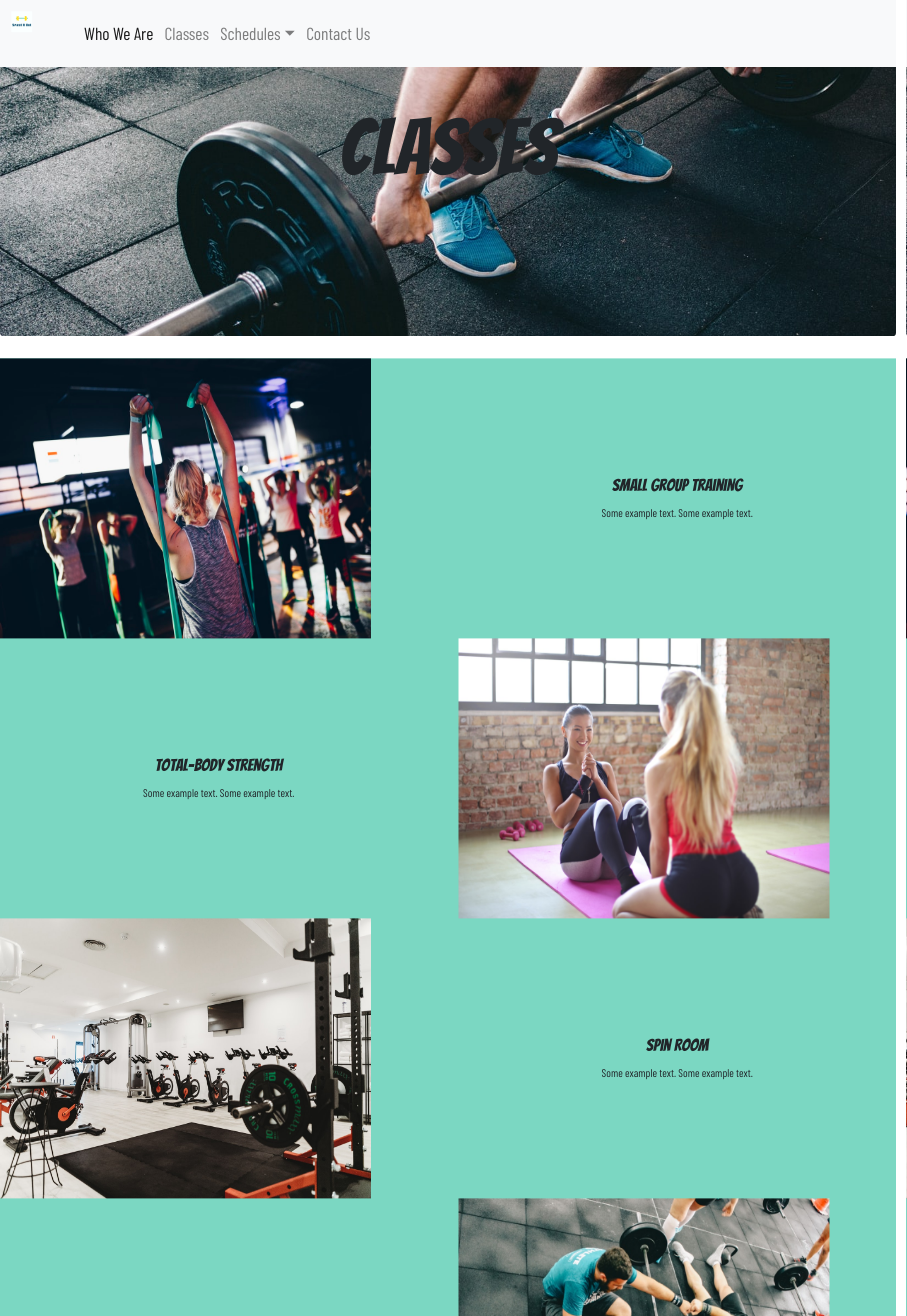
Repository: amybru/sweatitout
Page: classes.html
The author's editor kept a record of every edit. The page is drawn from the files as they stood at one moment, then again after the next edit.
The browser window is 1280 px wide. The page is 1295 px wide, so the pictures cover 1295 px, including what lies to the right of the window. The pictures show the part of the page from y = 0 to 1880 px (the page is 2788 px tall), at 70% of full size.
Some web fonts or font styles are not loaded; a fallback is used. Some web libraries are served in a nearby version.

Above is the page before.

### classes.html
<!DOCTYPE html>
<html>

<head>
    <meta charset="utf-8">
    <meta name="viewport" content="width=device-width, initial-scale=1.0">
    <link rel="stylesheet" href="https://maxcdn.bootstrapcdn.com/bootstrap/4.2.1/css/bootstrap.min.css" type="text/css" />
    <link rel="stylesheet" href="https://maxcdn.bootstrapcdn.com/font-awesome/4.7.0/css/font-awesome.min.css" type="text/css" />
    <link href="https://fonts.googleapis.com/css?family=Bangers|Barlow+Condensed:200,300,400,500,700&display=swap" rel="stylesheet">
    <link rel="stylesheet" type="text/css" href="css/style.css">
    <title>Gym</title>
</head>

<body>

    <header>
        <nav class="navbar navbar-expand-lg navbar-light bg-light fixed-top">
             <a class="navbar-brand" href="#">
    <img src="./img/logo.png" width="30" height="30" alt="">
  </a>
            <button class="navbar-toggler" type="button" data-toggle="collapse" data-target="#navbarNavDropdown" aria-controls="navbarNavDropdown" aria-expanded="false" aria-label="Toggle navigation">
    <span class="navbar-toggler-icon"></span>
  </button>
            <div class="collapse navbar-collapse" id="navbarNavDropdown">
                <ul class="navbar-nav">
                    <li class="nav-item active">
                        <a class="nav-link" href="#">Who We Are <span class="sr-only">(current)</span></a>
                    </li>
                    <li class="nav-item">
                        <a class="nav-link" href="#">Classes</a>
                    </li>
                    <li class="nav-item dropdown">
                        <a class="nav-link dropdown-toggle" href="#" id="navbarDropdownMenuLink" role="button" data-toggle="dropdown" aria-haspopup="true" aria-expanded="false">Schedules</a>
                        <div class="dropdown-menu" aria-labelledby="navbarDropdownMenuLink">
                            <a class="dropdown-item uppercase" href="./img/2018schedule.pdf" target="_blank">2018 Schedule</a>
                            <a class="dropdown-item uppercase" href="./img/2019schedule.pdf" target="_blank">2019 Schedule</a>
                            <a class="dropdown-item uppercase" href="./img/2019schedule.pdf" target="_blank">2020 Schedule</a>
                        </div>
                    </li>
                    <li class="nav-item">
                        <a class="nav-link" href="#">Contact Us</a>
                    </li>
                </ul>
            </div>
        </nav>
    </header>

    <section class="jumbotron" id="classes-view">
        <div class="row">
            <div class="col-12">
                <section class="callout">
                    <h1 class="gym-name">Classes</h1>
                </section>
            </div>
        </div>
    </section>

    <section class="classesavailable">
        <div class="row align-items-center content">
            <div class="col-md-6 order-2 order-md-1">
                <img src="./img/gymthree.jpg" alt="Small Group" id="optionone">
            </div>
            <div class="col-md-6 text-center order-2 order-md-1">
                <div class="row justify-content-center">
                    <div class="col-10 col-lg-8 blurb">
                        <h4 class="card-title">Small Group Training</h4>
                        <p class="card-text">Some example text. Some example text.</p>
                    </div>
                </div>
            </div>
        </div>

        <div class="row align-items-center content">
            <div class="col-md-6 text-center order-2 order-md-1">
                <div class="row justify-content-center">
                    <div class="col-10 col-lg-8 blurb">
                        <h4 class="card-title">Total-Body Strength</h4>
                        <p class="card-text">Some example text. Some example text.</p>
                    </div>
                </div>
            </div>
            <div class="col-md-6 order-2 order-md-1">
                <img src="./img/gymone.jpeg" alt="Total Body Strength" id="optiontwo">
            </div>
        </div>

        <div class="row align-items-center content">
            <div class="col-md-6 order-2 order-md-1">
                <img src="./img/classesone.jpg" alt="Spin Room" id="optionthree">
            </div>
            <div class="col-md-6 text-center order-2 order-md-1">
                <div class="row justify-content-center">
                    <div class="col-10 col-lg-8 blurb">
                        <h4 class="card-title">Spin Room</h4>
                        <p class="card-text">Some example text. Some example text.</p>
                    </div>
                </div>
            </div>
        </div>

        <div class="row align-items-center content">
            <div class="col-md-6 text-center order-2 order-md-1">
                <div class="row justify-content-center">
                    <div class="col-10 col-lg-8 blurb">
                        <h4 class="card-title">One-On-One Training</h4>
                        <p class="card-text">Some example text. Some example text.</p>
                    </div>
                </div>
            </div>
            <div class="col-md-6 order-2 order-md-1">
                <img src="./img/gymtwo.jpg" alt="One-On-One" id="optionfour">
            </div>
        </div>
    </section>



    <section class="scheduling ">
        <table>
            <tr>
                <td class="weekday">Sunday</td>
                <td class="weekday">Monday</td>
                <td class="weekday">Tuesday</td>
                <td class="weekday">Wednesday</td>
                <td class="weekday">Thursday</td>
                <td class="weekday">Friday</td>
                <td class="weekday">Saturday</td>
            </tr>
            <tr>
                <td></td>
                <td>5:30am Lower-Body Burn</td>
                <td></td>
                <td>6:00am Upper-Body burn</td>
                <td>5:30am Lower-Body Burn</td>
                <td>6:00am Upper-Body Burn</td>
                <td></td>
            </tr>
            <tr>
                <td>7:00am Total Body Strength</td>
                <td></td>
                <td>7:00am Total Body Strength</td>
                <td></td>
                <td>7:00am Total Body Strength</td>
                <td></td>
                <td>7:00am Total Body Strength</td>
            </tr>
            <tr>
                <td>9:00am Spin Room</td>
                <td></td>
                <td></td>
                <td></td>
                <td></td>
                <td>9:00am Spin Room</td>
                <td>9:00am Spin Room</td>
            </tr>
            <tr>
                <td></td>
                <td></td>
                <td></td>
                <td>5:30pm Upper-Body Burn</td>
                <td>6:30pm Lower-Body Burn</td>
                <td>5:30pm Upper-Body Burn</td>
                <td>4:30pm Lower-Body Burn</td>
            </tr>
            <tr>
                <td>7:00pm Total Body Strength</td>
                <td>6:30pm Lower-Body Burn</td>
                <td>7:00pm Total Body Strength</td>
                <td></td>
                <td>7:00pm Total Body Strength</td>
                <td></td>
                <td>7:00pm Spin Room</td>
            </tr>
        </table>
    </section>

    <div class="row" id="schedule">
        <div class="col-sm-6">
            <h5 class="uppercase general-sub">Download the most up to date schedule</h5>
            <a href="./img/2019schedule.pdf" target="_blank" class="schedule-pdf">
                    <i class="fa fa-download" aria-hidden="true"></i>
                    <span class="sr-only">Download link</span>
                </a>
        </div>

        <div class="col-sm-6">
            <h5 class="uppercase general-sub">Questions? Interested in signing up for a class?</h5>
            <a href="contact.html" class="btn btn-lg classesbtn uppercase">Sign up today!</a>
        </div>
    </div>


    <footer class="footer container-fluid" id="footer">
        <div>
            <div id="footer-details">
                <h5 class="footer-name uppercase">SWEAT IT OUT</h5>
                <p class="block">123 1st Street<br> (555) 222-2323</p>
            </div>

            <div class="footer-social">
                <ul class="list-inline social-links">
                    <li class="list-inline-item">
                        <a target="_blank" href="https://www.facebook.com/">
                            <i class="fa fa-facebook" aria-hidden="true"></i>
                            <span class="sr-only"Facebook></span>
                        </a>
                    </li>
                    <li class="list-inline-item">
                        <a target="_blank" href="https://www.yelp.com/">
                            <i class="fa fa-yelp" aria-hidden="true"></i>
                            <span class="sr-only"Yelp></span>
                        </a>
                    </li>
                    <li class="list-inline-item">
                        <a target="_blank" href="https://www.google.com/">
                            <i class="fa fa-google-plus" aria-hidden="true"></i>
                            <span class="sr-only"Google+></span>
                        </a>
                    </li>
                    <li class="list-inline-item">
                        <a target="_blank" href="https://www.instagram.com/">
                            <i class="fa fa-instagram" aria-hidden="true"></i>
                            <span class="sr-only"Instagram></span>
                        </a>
                    </li>
                    <li class="list-inline-item">
                        <a target="_blank" href="https://twitter.com/?lang=en">
                            <i class="fa fa-twitter" aria-hidden="true"></i>
                            <span class="sr-only"Twitter></span>
                        </a>
                    </li>
                </ul>
            </div>
        </div>

    </footer>

</body>

<script src="https://code.jquery.com/jquery-3.3.1.slim.min.js" integrity="sha384-q8i/X+965DzO0rT7abK41JStQIAqVgRVzpbzo5smXKp4YfRvH+8abtTE1Pi6jizo" crossorigin="anonymous"></script>
<script src="https://cdnjs.cloudflare.com/ajax/libs/popper.js/1.14.7/umd/popper.min.js" integrity="sha384-UO2eT0CpHqdSJQ6hJty5KVphtPhzWj9WO1clHTMGa3JDZwrnQq4sF86dIHNDz0W1" crossorigin="anonymous"></script>
<script src="https://stackpath.bootstrapcdn.com/bootstrap/4.3.1/js/bootstrap.min.js" integrity="sha384-JjSmVgyd0p3pXB1rRibZUAYoIIy6OrQ6VrjIEaFf/nJGzIxFDsf4x0xIM+B07jRM" crossorigin="anonymous"></script>

</html>

### css/style.css
/* ----------------------------------------General */

body {
    font-family: 'Barlow Condensed', sans-serif;
    font-size: 400;
    margin-top: 80px;
}

h1 {
    font-family: 'Bangers', sans-serif;
}

.card-button {
    display: block;
    max-width: 300px;
    margin: auto;
    font-family: 'Bangers', sans-serif;
    font-weight: bold;
    border-radius: 23px;
    width: 160px;
    margin-top: 20px;
    background-color: #054e6f;
    color: #fbffff;
}

.card-button:hover {
    background-color: #ffd900;
    color: #fbffff;
}

.reviewb {
    background-color: #054e6f;
    color: #fbffff;
    border-radius: 23px;
    font-family: 'Bangers', sans-serif;
}

.reviewb:hover {
    background-color: #67c60a;
    color: #fbffff;
}

.modalbtn {
    color: white;
    background-color: #f05f40;
    border-color: #f05f40;
    border-radius: 23px;
    font-family: 'Bangers', sans-serif;
}

.landingbutton {
    color: white;
    background-color: #f05f40;
    border-color: #f05f40;
    border-radius: 23px;
    font-family: 'Bangers', sans-serif;
}

.free-button {
    display: block;
    max-width: 500px;
    margin: auto;
    font-family: 'Bangers', sans-serif;
    font-weight: bold;
    border-radius: 23px;
    width: 300px;
    margin-top: 40px;
    background-color: #054e6f;
    color: #fbffff;
}

.free-button:hover {
    background-color: #67c60a;
    color: #fbffff;
}

.btn-contact[type="submit"] {
    margin-top: 20px;
    margin-bottom: 30px;
    color: #000;
    background-color: #ffd900;
    font-family: 'Bangers', sans-serif;
}

.btn-contact:hover {
    color: #ffd900;
    background-color: #000;
}

.uppercase {
    text-transform: uppercase;
}

/* ----------------------------------------Navbar*/

header {
    background-color: #054e6f;
    color: #fbffff;
    position: fixed;
    top: 0;
    left: 0;
    right: 0;
    display: flex;
    box-shadow: 0 0 25px 0 #000;
    z-index: 1;
}


.navbar-brand {
    width: 80px;
    height: 80px;
    transition: transform .2s;
}

.navbar-brand:hover {
    transform: scale(1.25);
}

.navbar-nav li a {
    text-decoration: none;
    color: white;
    font-size: 25px;
    border-radius: 23px;
    text-align: right;
    transition-property: background-color;
    transition-duration: .5s;
    transition-timing-function: ease-in-out;
}

.navbar-nav li a:hover {
    color: #054e6f;
    background-color: #fbffff;
    border-radius: 23px;
}

.dropdown-menu {
    background-color: #ffd900;
    color: #054e6f;
    position: relative;
}

.dropdown-item {
    background-color: #ffd900;
    color: #054e6f;
    border-radius: 23px;
}

.dropdown-item:hover {
    color: #054e6f;
    background-color: #fbffff;
    transition-property: background-color;
    transition-duration: .5s;
    transition-timing-function: ease-in-out;
}

/* ---------------------------------------Jumbotrons */

.jumbotron {
    height: 22em;
    display: flex;
    justify-content: center;
    text-align: center;
    position: relative;
}

#landing-view {
    background-image: url("../img/gymfive.jpeg");
    height: 400px;
    background-position: center;
    background-repeat: no-repeat;
    background-size: cover;
    text-align: center;
}

#about-view {
    background-image: url("../img/gymfive.jpeg");
    height: 400px;
    background-position: center;
    background-repeat: no-repeat;
    background-size: cover;
    text-align: center;
}

#classes-view {
    background-image: url("../img/gymfour.jpg");
    height: 400px;
    background-position: center;
    background-repeat: no-repeat;
    background-size: cover;
    text-align: center;
}

#contact-view {
    background-image: url("../img/gymone.jpeg");
    height: 400px;
    background-position: center;
    background-repeat: no-repeat;
    background-size: cover;
    text-align: center;
}

/* ----------------------------------------Footer */

.footer {
    min-height: 130px;
    margin: 0;
    padding-bottom: 0;
}

footer {
    background-color: #054e6f;
    color: #fbffff;
    text-align: center;
}

.social-links {
    padding-bottom: 15px;
}

.social-links li a i {
    width: 32px;
    height: 32px;
    padding: 12px 0;
    border-radius: 50%;
    font-size: 13px;
    line-height: 7px;
    text-align: center;
    color: #fbffff;
    background: #000;
    transition: all 0.35s ease-in-out;
    -moz-transition: all 0.35s ease-in-out;
    -webkit-transition: all 0.35s ease-in-out;
    -o-transition: all 0.35s ease-in-out;
}

.social-links li a i:hover {
    background-color: #ffd900;
}

#footer-details {
    padding: 20px;
}

/* ----------------------------------------Home page styles */

.bg-color-about-landing {
    background-color: #fbffff;
    padding-top: 10px;
    margin-top: 10px;
    margin-bottom: 35px;
}

.bg-color-services-landing {
    background-color: #7bd7c2;
    padding: 40px;
}

.bg-color-review-landing {
    background-color: #ffd900;
}

.about-landing-page h3 {
    font-size: 60px;
    font-family: 'Bangers', sans-serif;
}

.about-landing-page p {
    font-size: 30px;
}

.gym-name {
    font-size: 7em;
}

.card-main {
    margin: 20px 10px;
    transition: transform .2s;
}

.card-main:hover {
    transform: scale(1.25);
}

.card-title {
    font-family: 'Bangers', sans-serif;
}

.review {
    padding-top: 3em;
    padding-bottom: 2em;
    margin: 0;
}

#reviews {
    font-family: 'Bangers', sans-serif;
    font-size: 40px;
}

/* ----------------------------------------About Page styles */

.about-about {
    background-color: #fbffff;
    margin: 0;
}

.about-about p {
    font-size: 35px;
}

.about-gallery {
    background-color: #7bd6c2;
    padding: 20px;
    margin: 0;
}

.about-gallery .flex {
    display: flex;
    margin-bottom: 25px;
    margin-top: 45px;
    align-items: center;
    padding: 40px;
}

.about-gallery h2 {
    margin-bottom: 40px;
    font-family: 'Bangers', sans-serif;
    font-size: 55px;
    padding-top: 20px;
    padding-left: 30px;
}

.about-gallery h3 {
    font-weight: 400;
    width: 100%;
    font-size: 32px;
    font-family: 'Bangers', sans-serif;
    line-height: 1;
}

.about-gallery p {
    font-weight: 400;
    margin-top: 5px;
    font-size: 18px;
    max-width: 600px;
    text-align: justify;
}

.about-gallery .photo {
    width: 208px;
    height: 211px;
    border-radius: 50%;
    position: relative;
}

.about-gallery .border {
    border: 5px solid #fbffff;
}

.instructor-details {
    padding-left: 30px;
    padding-right: 100px;
}


.about-skills {
    background-color: #054e6f;
    padding-top: 20px;
    padding-bottom: 30px;
    margin: 0;
}

.about-skills h3 {
    font-family: 'Bangers', sans-serif;
    font-size: 60px;
    text-align: center;
    color: #fff;
}

.about-skills h4 {
    font-family: 'Bangers', sans-serif;
    font-size: 30px;
    color: #ffd900;
}

.about-skills p {
    margin-bottom: 0;
    padding: 0;
    text-align: right;
    color: #fbffff;
}

.about-signup {
    background-color: #ffd900;
    text-align: center;
    padding-top: 50px;
    padding-bottom: 20px;
}

.about-signup h3 {
    font-family: 'Bangers', sans-serif;
    font-size: 55px;
}

.about-signup p {
    font-size: 30px;
}

/* ----------------------------------------Classes page styles*/

.classesavailable {
    background-color: #7bd7c2;
    width: 100%;
}

.options {
    margin: 10px 20px;
}

#optionone {
    height: 400px;
    width: 530px;
    margin-left: 0;
    background-position: center;
    background-repeat: no-repeat;
    background-size: cover;
    text-align: center;
}

#optiontwo {
    height: 400px;
    width: 530px;
    margin-right: 0;
    background-position: center;
    background-repeat: no-repeat;
    background-size: cover;
    text-align: center;
}

#optionthree {
    height: 400px;
    width: 530px;
    margin-left: 0;
    background-position: center;
    background-repeat: no-repeat;
    background-size: cover;
    text-align: center;
}

#optionfour {
    height: 400px;
    width: 530px;
    margin-right: 0;
    background-position: center;
    background-repeat: no-repeat;
    background-size: cover;
    text-align: center;
}



table {
    border-collapse: collapse;
    border: 2px solid rgb(200, 200, 200);
    letter-spacing: 1px;
    font-size: 0.8rem;
    margin-bottom: 10px;
    margin-top: 30px;
}

.weekday {
    font-family: 'Bangers', sans-serif;
    font-size: 20px;

}

td,
th {
    border: 1px solid rgb(190, 190, 190);
    padding: 10px 20px;
}

th {
    background-color: rgb(235, 235, 235);
}

td {
    text-align: center;
}

@media only screen and (max-width: 1026px) {
  .scheduling  {
    display: none;
  }
}

.schedule-pdf i {
    font-size: 25px;
    color: #ffd900;
    background-color: #054e6f;
    width: 45px;
    height: 45px;
    padding: 20px 0px;
    border-radius: 50%;
    line-height: 6px;
    text-align: center;
    transition: all 0.35s ease-in-out;
    -moz-transition: all 0.35s ease-in-out;
    -webkit-transition: all 0.35s ease-in-out;
    -o-transition: all 0.35s ease-in-out;
}

.schedule-pdf i:hover {
    color: #054e6f;
    background-color: #ffd900;
}

.classesbtn {
    background-color: #054e6f;
    color: #ffd900;
    border-radius: 23px;
    font-family: 'Bangers', sans-serif;
}

.classesbtn:hover {
    background-color: #ffd900;
    color: #054e6f;
}

#schedule {
    padding: 15px;
}

#schedule h5 {
    font-family: 'Bangers', sans-serif;
    font-size: 2.5em;
}


/* ----------------------------------------Contact page styles*/

.column {
    float: left;
    margin-top: 0px;
    padding-top: 10px;
    margin-bottom: 30px;
}

.left {
    width: 40%;
    background-color: #67c60a;
    text-align: center;
}

.right {
    width: 60%;
    background-color: #fbffff;
    justify-content: center;
}

.contact-gym-name {
    font-family: 'Bangers', sans-serif;
    font-size: 50px;
}

.contact-info-item .key {
    font-size: 30px;
    font-weight: 600;
}

.contact-info-item .value {
    font-size: 25px;
}


.contact-gym-hours {
    font-family: 'Bangers', sans-serif;
    font-size: 40px;
}

.buisness-info-item {
    background-color: white;
}

.buisness-info-item .key {
    font-size: 30px;
    font-weight: 600;
}

.buisness-info-item .value {
    font-size: 25px
}

.contact-form {
    padding-left: 100px;
    padding-right: 100px;
}

form {
    padding-top: 15px;
}

.contact-form h3 {
    font-family: 'Bangers', sans-serif;
    font-size: 50px;
}

.contact-form h5 {
    font-family: 'Bangers', sans-serif;
    font-size: 30px;
}

.contact-heading {
    font-family: 'Bangers', sans-serif;
    font-size: 50px;
}

After the next edit:
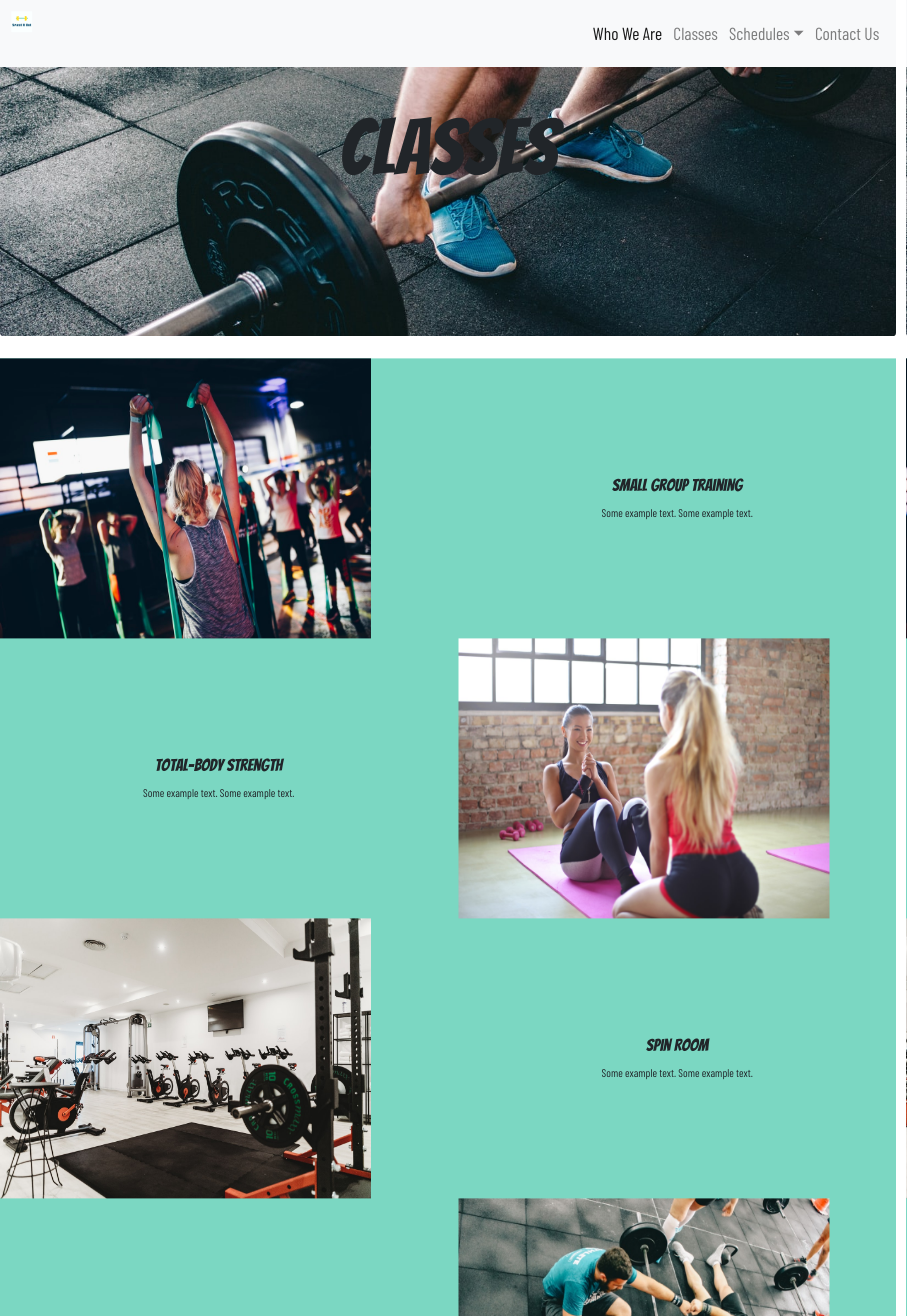
The edit:
--- a/classes.html
+++ b/classes.html
@@ -22,7 +22,7 @@
     <span class="navbar-toggler-icon"></span>
   </button>
             <div class="collapse navbar-collapse" id="navbarNavDropdown">
-                <ul class="navbar-nav">
+                <ul class="navbar-nav ml-auto">
                     <li class="nav-item active">
                         <a class="nav-link" href="#">Who We Are <span class="sr-only">(current)</span></a>
                     </li>
